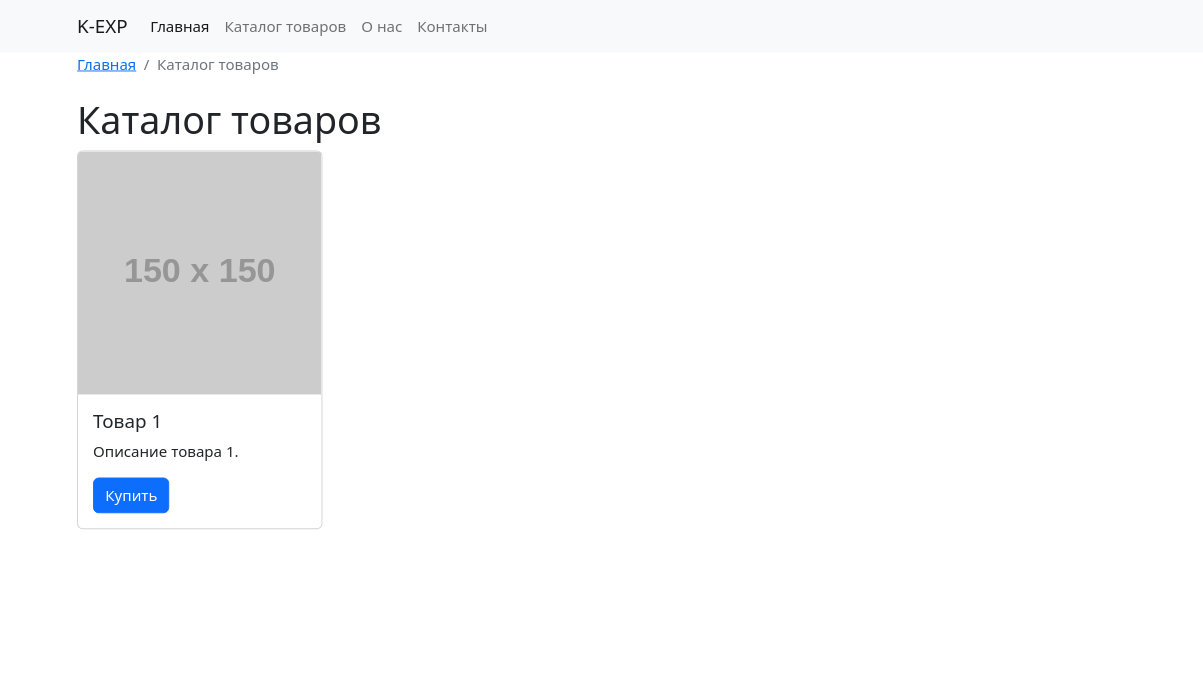
Repository: smartsoltech/kexp-shop
Page: main/catalog/templates/catalog/base.html
An editor plug-in stored every save of this project. The page is shown before and after the next save, followed by the edit.
The browser window is 1280 px wide. The pictures show the whole page, at 94% of full size.
The template is drawn by Django 4.2. The application's start-up code is not run. The template is opened directly, without the code that normally fills it, so the values that code supplies are empty.

Above is the page before, as saved 2023-03-14 14:06:48.

After the next save:
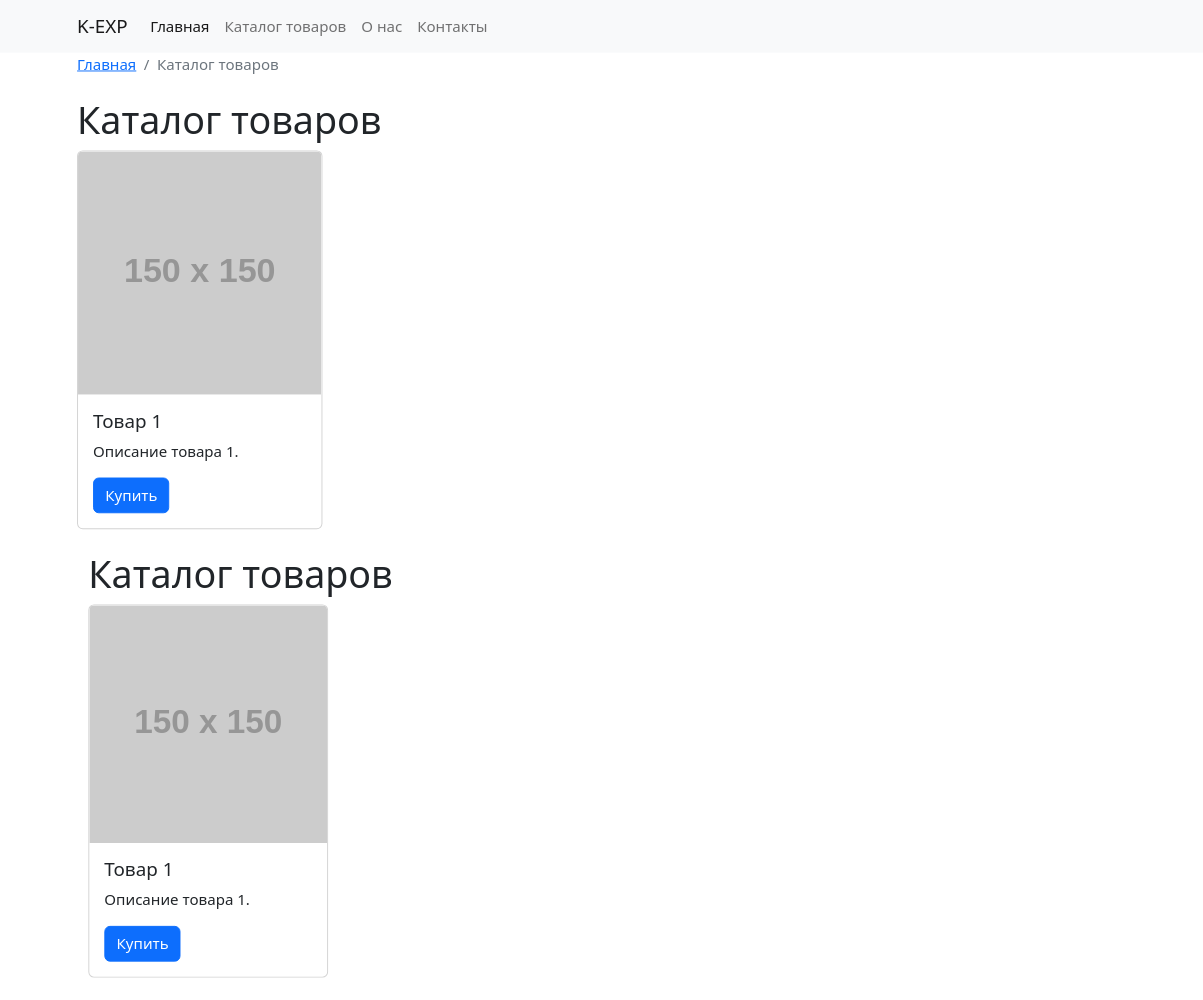
Saved 13 s later.
--- a/main/catalog/templates/catalog/base.html
+++ b/main/catalog/templates/catalog/base.html
@@ -59,3 +59,17 @@
       </div>
     </div>
   </div>
+  <div class="container my-4">
+    <h1>Каталог товаров</h1>
+    <div class="row">
+      <div class="col-md-3">
+        <div class="card">
+          <img src="https://via.placeholder.com/150" class="card-img-top" alt="...">
+          <div class="card-body">
+            <h5 class="card-title">Товар 1</h5>
+            <p class="card-text">Описание товара 1.</p>
+            <a href="#" class="btn btn-primary">Купить</a>
+          </div>
+      </div>
+    </div>
+  </div>
